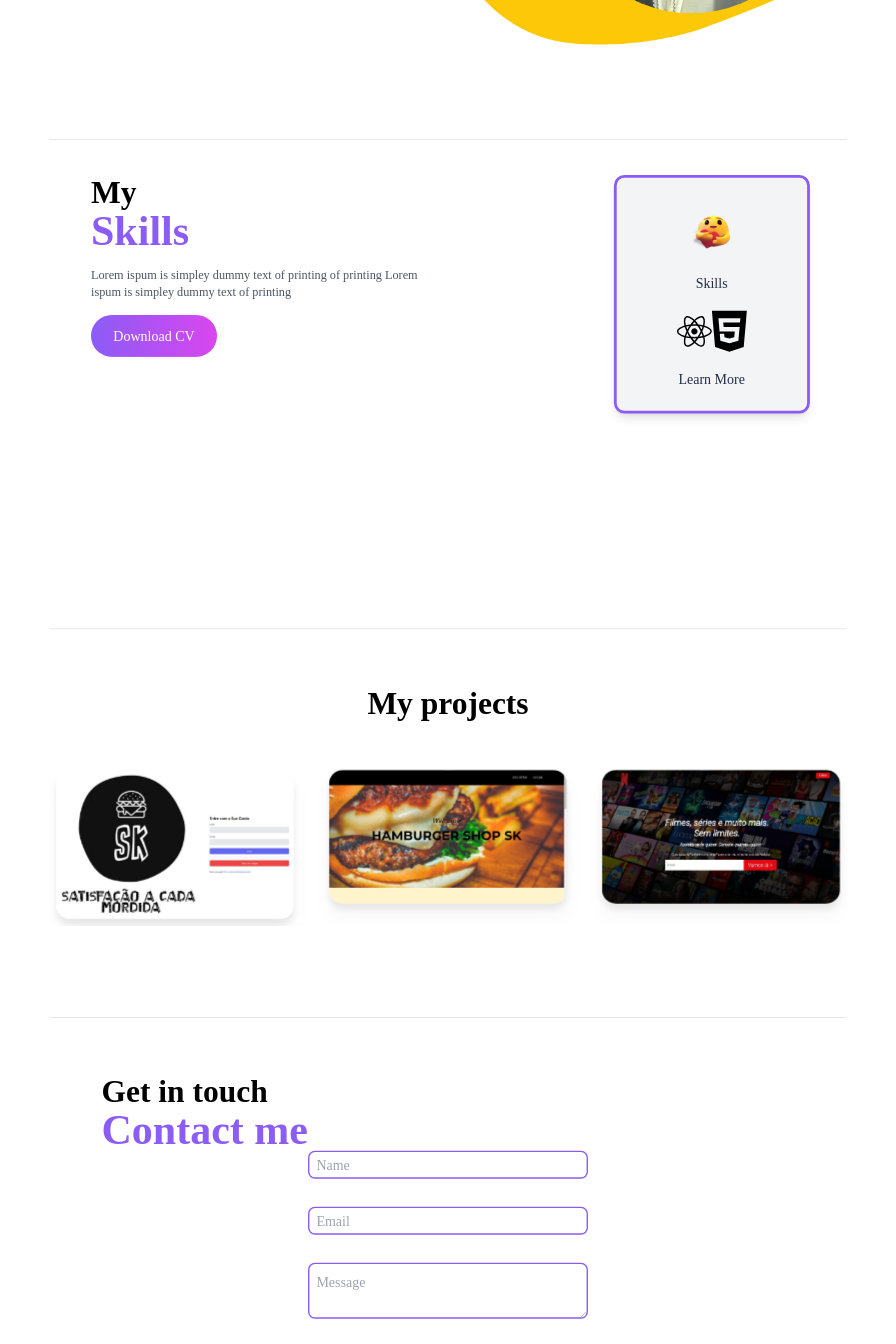
Repository: KennedyWanderson/portfolio
Page: /
These files come from the project's save history. The page is drawn as it stood at one moment and after the next save; the edit follows.
The browser window is 1280 px wide. The pictures show the part of the page from y = 637 to 2557 px (the page is 3240 px tall before and 3290 px after), at 70% of full size.
Some web fonts or font styles are not loaded; a fallback is used. The project was rebuilt for these pictures with package versions that can differ from the ones it lists, and the page was loaded fresh each time. Imported but missing from the stored project, and not drawn on this page: src/Components/Services/Kennedy_CV.pdf.

Above is the page before, as saved 2024-01-27 16:56:15.

After the next save:
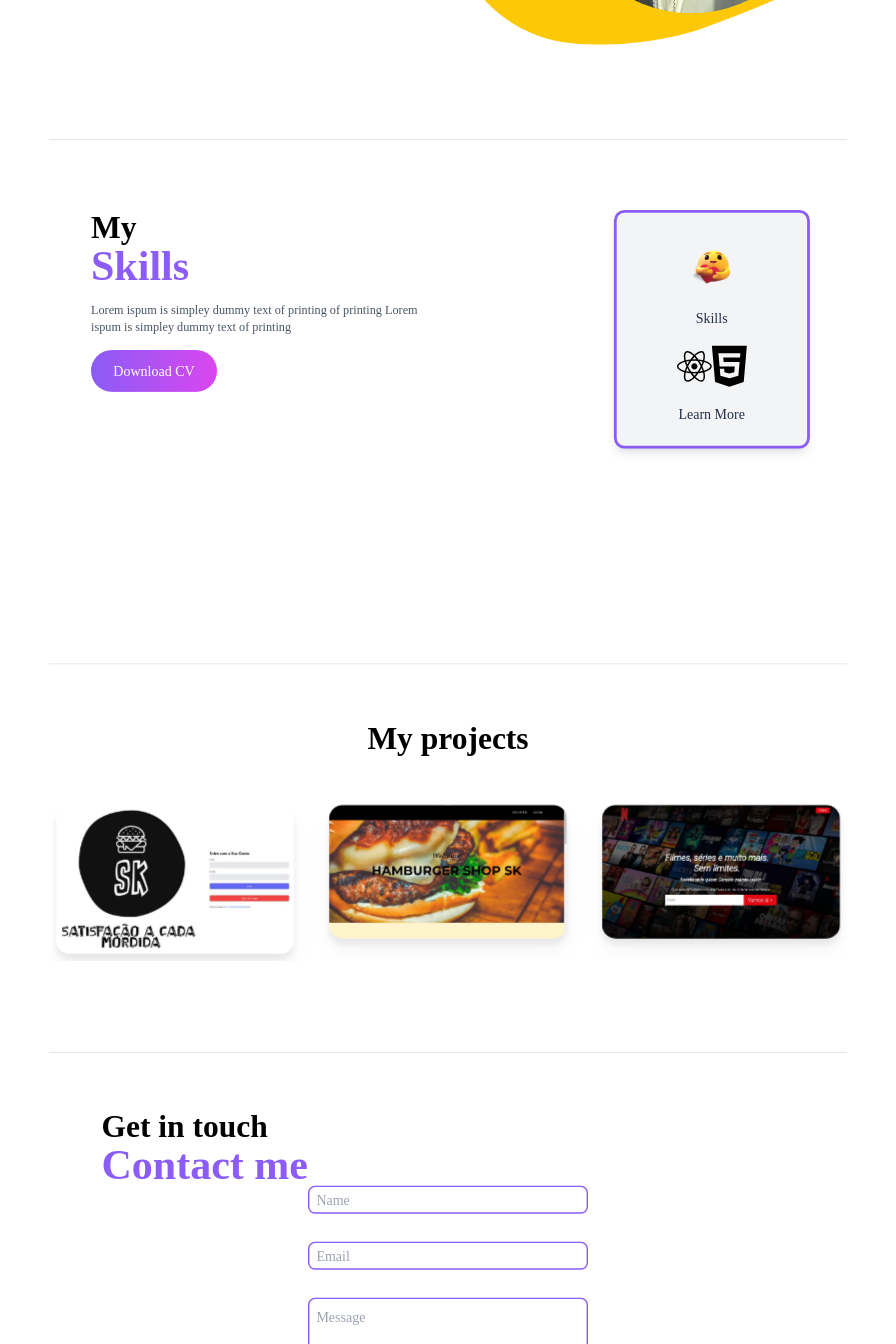
Saved 18 s later.
--- a/src/Components/Services/Services.jsx
+++ b/src/Components/Services/Services.jsx
@@ -15,7 +15,7 @@ const Services = () => {
 
     return (
 
-        <div className="pt-0 pb-12 pr-3 pl-12 flex h-[90vh] mt-10 services" id="About">
+        <div className="pt-0 pb-12 pr-3 pl-12 flex h-[90vh] mt-20 services" id="About">
             <div className="flex flex-col relative">
                 <span style={{ color: darkMode ? 'white' : '' }} className="text-black text-4xl font-bold">My </span>
                 <span className="text-violet-500 font-bold text-5xl">Skills</span>
